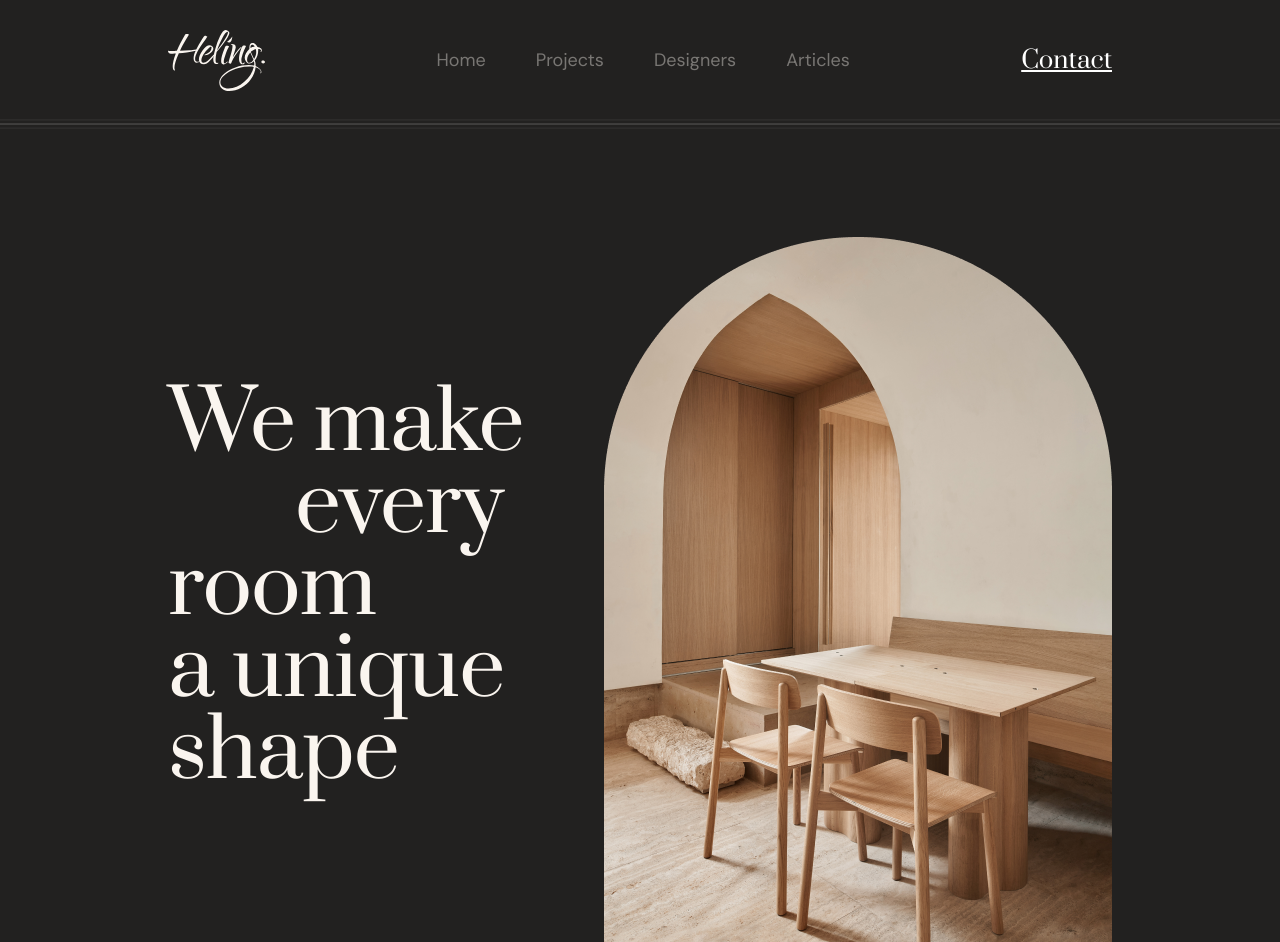
Repository: vandangnhathung/healingui_website
Page: /
The author's editor kept a copy of each file at every save. The page is drawn from the files as they stood at one save, then again after the next save.
The browser window is 1280 px wide. The pictures show the whole page.
The project was rebuilt for these pictures with package versions that can differ from the ones it lists, and the page was loaded fresh each time. Also part of the build but not shown: src/App.css.

Above is the page before, as saved 2022-03-16 13:14:24.

### src/App.js
import "./App.css";
import Container from "./components/Container/Container";
import Header from "./components/Header/Header";
function App() {
  return (
    <div>
      <Header></Header>
      <Container></Container>
    </div>
  );
}

export default App;

### src/components/Container/Container.js
import React from "react";
import styled from "styled-components";
import Image1 from "../../Images/Image1.png";
const Container = () => {
  const StyledContainer = styled.div`
    background-color: #222120;
    @import url("https://fonts.googleapis.com/css2?family=DM+Sans:wght@400;500;700&display=swap");
    font-family: "DM Sans", sans-serif;
    @import url("https://fonts.googleapis.com/css2?family=Prata&display=swap");
  `;
  const Container = styled.div`
    padding: 108px 168px 0;
    display: flex;
    align-items: center;
    justify-content: space-between;
    gap: 0 32px;
  `;
  const Slogan = styled.h2`
    letter-spacing: -1px;
    font-size: 82px;
    line-height: 1;
    font-family: "Prata", serif;
    color: #faf5ef;
    max-width: 362px;
  `;
  const Image1Div = styled.img`
    width: auto;
    height: auto;
  `;
  return (
    <StyledContainer>
      <Container>
        <div>
          <Slogan>
            We make <span className="opacity-0">We</span>every room{" "}
            <span className="opacity-0">We </span> a unique shape
          </Slogan>
        </div>
        <div>
          <Image1Div src={Image1} alt="" />
        </div>
      </Container>
    </StyledContainer>
  );
};

export default Container;

### src/components/Header/Header.js
import React from "react";
import styled from "styled-components";
import headerLine from "../../Images/header-line.png";
const Header = () => {
  const StyledHeader = styled.div`
    background-color: #222120;
    @import url("https://fonts.googleapis.com/css2?family=DM+Sans:wght@400;500;700&display=swap");
    font-family: "DM Sans", sans-serif;
    @import url("https://fonts.googleapis.com/css2?family=Prata&display=swap");
  `;
  const Header = styled.div`
    display: flex;
    justify-content: space-between;
    align-items: center;
    padding: 30px 168px 28px;
  `;
  const ListNav = styled.ul`
    color: #faf5ef;
    opacity: 0.4;
    font-weight: 400;
    font-size: 18px;
    line-height: 0.6;
    display: flex;
    align-items: center;
    list-style: none;
    gap: 0 50px;
  `;
  const ItemNav = styled.li`
    cursor: pointer;
  `;
  const ContactDiv = styled.h3`
    font-family: "Prata", serif;
  `;
  return (
    <StyledHeader>
      <Header>
        <div>
          <svg
            width="97"
            height="61"
            viewBox="0 0 97 61"
            fill="none"
            xmlns="http://www.w3.org/2000/svg"
          >
            <path
              d="M0.241098 20.6943L1.38631 20.9951C5.56534 20.9951 8.05669 20.9349 8.86035 20.8146C11.1106 15.6009 13.8832 10.1667 17.1782 4.51183C17.4595 4.23109 18.1426 4.09073 19.2276 4.09073C20.3125 4.09073 20.855 4.35141 20.855 4.87278L17.9618 9.50493C15.5508 13.5957 13.5618 17.3254 11.9946 20.6943L21.9399 20.213C23.4267 20.1328 25.5162 19.8922 28.2085 19.4911C29.856 16.2827 31.6039 13.2147 33.4523 10.287C35.3008 7.3192 36.4661 5.8353 36.9483 5.8353C37.4305 5.8353 37.9327 5.95562 38.4551 6.19625C39.0177 6.39678 39.299 6.61736 39.299 6.85799C38.8569 7.45956 38.3547 8.14135 37.7921 8.90335C37.2697 9.66535 36.7272 10.4274 36.1647 11.1893C30.1372 19.2104 27.1235 25.1861 27.1235 29.1164C27.1235 30.9211 27.8468 31.8235 29.2934 31.8235L31.3427 31.5227C31.4633 31.5227 31.5236 31.5628 31.5236 31.643C31.5236 31.8435 31.1619 32.0641 30.4386 32.3047C29.7153 32.5855 29.1528 32.7258 28.7509 32.7258C27.8267 32.7258 27.0632 32.3248 26.4605 31.5227C25.8979 30.7206 25.6167 29.7179 25.6167 28.5148C25.6167 26.2288 26.2998 23.6621 27.666 20.8146C21.1563 22.3787 15.5508 23.1607 10.8494 23.1607C7.91605 29.6177 6.44937 34.4303 6.44937 37.5986C6.44937 38.5611 6.56992 39.263 6.81102 39.7041C7.05211 40.1453 7.17266 40.406 7.17266 40.4862C7.17266 40.5664 7.07221 40.6065 6.87129 40.6065C5.4247 40.6065 4.70141 39.1026 4.70141 36.0947C4.70141 33.0868 5.74617 28.8757 7.83568 23.4615C5.50507 23.622 3.87766 23.7022 2.95345 23.7022C0.984483 23.7022 0 22.7597 0 20.8748C0 20.7544 0.0803659 20.6943 0.241098 20.6943Z"
              fill="#FAF5EF"
            />
            <path
              d="M46.2833 24.1834C46.5244 24.1834 46.6449 24.2837 46.6449 24.4842C46.6449 24.6446 46.6047 24.8051 46.5244 24.9655C42.3052 31.1016 38.8092 34.1696 36.0366 34.1696C32.6211 34.1696 30.9133 32.5855 30.9133 29.4172C30.9133 26.9707 32.1188 24.003 34.5297 20.5138C36.9809 17.0247 39.3517 15.2801 41.6421 15.2801C42.6065 15.2801 43.4504 15.6009 44.1737 16.2426C44.9371 16.8442 45.3189 17.5861 45.3189 18.4684C45.3189 19.9924 44.3746 21.4964 42.486 22.9803C40.5974 24.4642 38.7691 25.2061 37.001 25.2061C36.6394 25.2061 36.4585 25.1259 36.4585 24.9655L36.6394 24.6647C41.2604 23.2209 43.5709 20.8547 43.5709 17.5661C43.5709 17.0848 43.4102 16.8442 43.0887 16.8442C42.6065 16.8442 41.8029 17.3054 40.6777 18.2278C38.7088 19.832 37.001 21.8373 35.5544 24.2436C34.1078 26.6499 33.3845 28.6752 33.3845 30.3195C33.3845 31.9638 34.0074 32.786 35.253 32.786C36.6594 32.786 38.2467 32.044 40.0147 30.5602C41.1398 29.5174 42.4458 28.1939 43.9326 26.5897C45.4595 24.9855 46.2431 24.1834 46.2833 24.1834Z"
              fill="#FAF5EF"
            />
            <path
              d="M49.0196 33.0868L49.984 32.786C50.1849 32.786 50.2854 32.8863 50.2854 33.0868C50.2854 33.7285 49.5822 34.0493 48.1758 34.0493C46.247 34.0493 45.2826 32.4451 45.2826 29.2367C45.2826 27.1111 45.9255 23.7423 47.2114 19.1302C48.4973 14.478 50.1247 10.1266 52.0936 6.07593C54.0626 2.02531 55.8307 0 57.3978 0C58.2818 0 59.1658 0.300787 60.0499 0.902364C60.9339 1.46384 61.3759 2.08547 61.3759 2.76726C61.3759 5.65483 57.1165 12.0717 48.5977 22.0177C47.9146 24.9855 47.573 27.5723 47.573 29.7781C47.573 31.9839 48.0552 33.0868 49.0196 33.0868ZM59.9293 2.58678C59.9293 2.10552 59.7887 1.86489 59.5074 1.86489C58.3019 1.86489 56.5539 4.01052 54.2635 8.30177C51.9731 12.5529 50.2251 16.6035 49.0196 20.4536C56.2928 10.9487 59.9293 4.9931 59.9293 2.58678Z"
              fill="#FAF5EF"
            />
            <path
              d="M64.165 6.73767C64.2454 6.73767 64.2856 6.83793 64.2856 7.03846L63.9842 8.78304C63.3814 11.2696 62.4572 12.5128 61.2116 12.5128C60.2873 12.5128 59.5641 12.2722 59.0417 11.7909C60.5686 10.7482 62.2764 9.06377 64.165 6.73767ZM61.0307 16.6035C59.7851 18.7291 58.5997 21.4362 57.4745 24.7248C56.3494 27.9734 55.7869 30.2193 55.7869 31.4625C55.7869 32.7058 56.048 33.3274 56.5704 33.3274C56.9321 33.3274 57.3942 33.1068 57.9567 32.6657C58.5193 32.2245 58.8609 31.9438 58.9814 31.8235C59.102 31.7032 59.2426 31.5828 59.4033 31.4625C59.5641 31.4625 59.6444 31.5427 59.6444 31.7032C59.6444 32.1844 59.0618 32.7459 57.8965 33.3876C56.7713 34.0694 55.9476 34.4103 55.4252 34.4103C53.8983 34.4103 53.1348 33.3074 53.1348 31.1016C53.1348 27.8129 54.3403 23.4214 56.7512 17.927C56.7512 17.7666 56.8517 17.4658 57.0526 17.0247C57.2937 16.5835 57.4745 16.3028 57.5951 16.1824C57.8764 15.9017 58.2581 15.7613 58.7403 15.7613C60.1467 15.7613 60.9102 16.0421 61.0307 16.6035Z"
              fill="#FAF5EF"
            />
            <path
              d="M78.0084 16.3629C78.0084 16.2025 77.9079 16.3028 77.707 16.6637C76.5819 18.7091 75.5773 21.1755 74.6933 24.0631C73.8092 26.9507 73.3672 28.8356 73.3672 29.7179C73.3672 32.1644 73.8092 33.3876 74.6933 33.3876C74.9745 33.3876 75.3362 33.187 75.7782 32.786C76.2604 32.425 76.4613 32.2446 76.381 32.2446C76.5015 32.2446 76.5618 32.405 76.5618 32.7258C76.5618 33.7686 75.959 34.2899 74.7535 34.2899C73.548 34.2899 72.6238 33.7485 71.9809 32.6657C71.338 31.6229 71.0165 30.119 71.0165 28.1538C71.0165 26.1887 71.5389 23.6019 72.5837 20.3935C73.6284 17.145 74.633 15.5207 75.5974 15.5207H75.8988C77.3052 15.5207 78.0084 15.8014 78.0084 16.3629ZM73.307 16.9645C73.3471 17.0046 73.3672 17.0848 73.3672 17.2051C73.3672 17.2853 73.2065 17.526 72.885 17.927C68.5453 23.1808 65.5315 27.6726 63.8439 31.4024L63.3014 32.9665C63.0603 33.4076 62.7589 33.6282 62.3973 33.6282C62.0356 33.6282 61.6338 33.5279 61.1918 33.3274C60.7498 33.1269 60.5288 32.8863 60.5288 32.6055C60.5288 31.9237 61.1918 29.5174 62.5178 25.3866C63.8439 21.2156 64.5069 18.0874 64.5069 16.002C64.5069 15.4405 64.3662 15.0996 64.085 14.9793C63.8037 14.859 63.5224 14.8189 63.2411 14.859C62.9598 14.859 62.8192 14.7587 62.8192 14.5582C62.8192 14.1972 63.1206 14.0168 63.7233 14.0168C66.4156 14.0168 67.7617 15.1197 67.7617 17.3254C67.7617 18.1676 66.7973 21.4362 64.8685 27.1312C66.6366 24.3639 68.3444 21.9776 69.9919 19.9724C71.6394 17.9671 72.7444 16.9645 73.307 16.9645Z"
              fill="#FAF5EF"
            />
            <path
              d="M86.7293 30.3797C87.3321 31.5026 87.6334 33.0066 87.6334 34.8915C87.6334 35.2926 87.6134 35.6736 87.5732 36.0345C89.2207 36.7163 90.5869 37.5986 91.6718 38.6815C92.797 39.7643 93.3595 40.787 93.3595 41.7495C93.3595 42.7521 93.1184 43.2534 92.6362 43.2534C92.5157 43.2534 92.4152 43.1331 92.3349 42.8925C92.6563 42.4513 92.817 42.0302 92.817 41.6292C92.817 40.787 92.2746 39.9448 91.1896 39.1026C90.1047 38.2604 88.9193 37.6387 87.6334 37.2377C87.1512 41.3685 85.6042 45.2587 82.9923 48.9083C80.4206 52.598 77.1658 55.5256 73.2278 57.6913C69.2899 59.8971 65.2515 61 61.1127 61C58.2999 61 55.9692 60.2179 54.1208 58.6538C52.2322 57.0897 51.2879 54.9241 51.2879 52.1568C51.2879 49.4296 52.835 46.6824 55.9291 43.9152C59.0232 41.188 62.8606 39.0223 67.4415 37.4181C71.9822 35.8139 76.4425 35.0118 80.8224 35.0118C82.8718 35.0118 84.6197 35.1923 86.0663 35.5533C86.227 35.072 86.3074 34.6308 86.3074 34.2298C86.3074 32.8662 86.1467 31.9037 85.8252 31.3422C84.2581 32.786 82.8316 33.5079 81.5457 33.5079C80.2599 33.5079 79.1347 32.8863 78.1704 31.643C77.206 30.3997 76.7238 29.0763 76.7238 27.6726C76.7238 24.8652 78.2708 21.9576 81.3649 18.9497C81.3649 16.6637 81.606 15.1197 82.0882 14.3176C82.6106 13.5154 83.5549 13.1144 84.9211 13.1144C86.3275 13.1144 87.8545 14.4379 89.502 17.0848C92.3951 17.6062 93.8417 18.669 93.8417 20.2732C93.8417 20.6341 93.7212 21.0151 93.4801 21.4162C93.2792 21.7771 93.0581 21.9576 92.817 21.9576C92.5759 21.9576 92.4554 21.8774 92.4554 21.717C92.8572 21.4362 93.0581 21.1154 93.0581 20.7544C93.0581 19.5513 92.0938 18.9497 90.165 18.9497C90.2052 19.2705 90.2253 19.6916 90.2253 20.213C90.2253 24.0631 89.0599 27.452 86.7293 30.3797ZM86.6691 16.784C86.1065 15.4605 85.2627 14.7988 84.1375 14.7988C83.0124 14.7988 82.4498 15.8817 82.4498 18.0473V18.1075C83.7759 17.2252 85.0216 16.784 86.1869 16.784H86.6691ZM88.2362 22.0177C88.2362 20.8948 88.0554 19.8922 87.6937 19.0099C87.0106 19.2505 86.0261 19.7117 84.7403 20.3935C83.4946 21.0352 82.8718 21.4964 82.8718 21.7771C82.8718 22.098 83.9366 24.4842 86.0663 28.9359C87.5129 26.8504 88.2362 24.5444 88.2362 22.0177ZM79.0745 29.6578C79.0745 31.7433 79.8781 32.786 81.4854 32.786C82.8918 32.786 84.2179 31.8034 85.4636 29.8383L82.3293 22.3787C81.4854 23.2209 80.722 24.3639 80.0389 25.8077C79.3959 27.2515 79.0745 28.5348 79.0745 29.6578ZM81.8471 36.5759C78.0297 36.5759 74.2726 37.0572 70.5758 38.0197C66.8789 39.0224 63.7246 40.2656 61.1127 41.7495C58.5008 43.2735 56.3912 44.9379 54.7838 46.7426C53.1765 48.5473 52.3729 50.3721 52.3729 52.217C52.3729 54.1019 53.0962 55.6058 54.5428 56.7288C55.9492 57.8918 57.9382 58.4734 60.5099 58.4734C66.0552 58.4734 71.3192 56.2676 76.3018 51.856C81.2443 47.4845 84.4188 42.4914 85.8252 36.8767C84.8608 36.6762 83.5348 36.5759 81.8471 36.5759Z"
              fill="#FAF5EF"
            />
            <path
              d="M95.1315 30.5C95.6137 30.5 96.0356 30.6604 96.3973 30.9813C96.7991 31.262 97 31.5828 97 31.9438C97 32.3448 96.7991 32.6857 96.3973 32.9665C96.0356 33.2472 95.674 33.3876 95.3123 33.3876C94.0265 33.3876 93.3835 32.8462 93.3835 31.7633C93.3835 30.9211 93.9662 30.5 95.1315 30.5Z"
              fill="#FAF5EF"
            />
          </svg>
        </div>
        <ListNav>
          <ItemNav>Home</ItemNav>
          <ItemNav>Projects</ItemNav>
          <ItemNav>Designers</ItemNav>
          <ItemNav>Articles</ItemNav>
        </ListNav>
        <ContactDiv className="text-2xl leading-7 text-white underline">
          Contact
        </ContactDiv>
      </Header>
      <img src={headerLine} alt="" />
    </StyledHeader>
  );
};

export default Header;

Loaded but not shown: public/index.html (common file); src/index.js (common file); src/index.css (common file); src/reportWebVitals.js (common file); tailwind.config.js (common file)

After the next save:
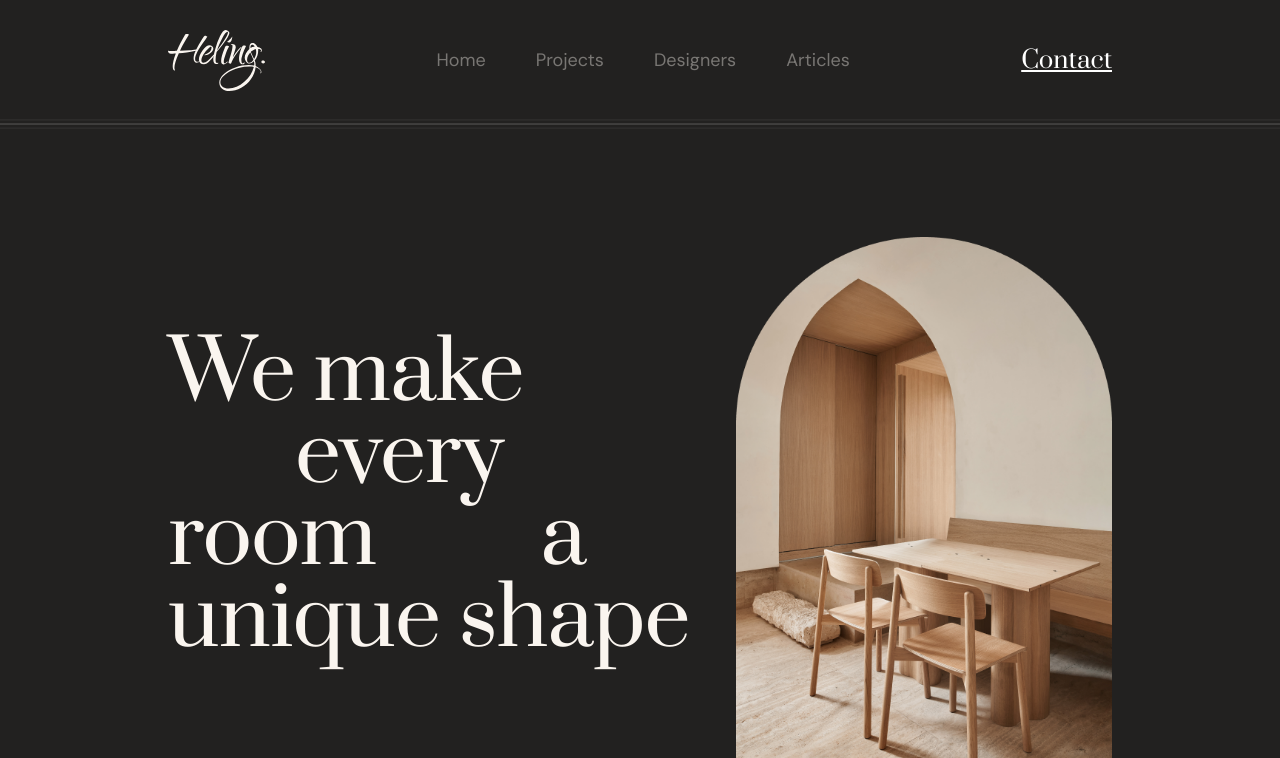
Saved 6 s later.
--- a/src/components/Container/Container.js
+++ b/src/components/Container/Container.js
@@ -21,7 +21,7 @@ const Container = () => {
     line-height: 1;
     font-family: "Prata", serif;
     color: #faf5ef;
-    max-width: 362px;
+    max-width: 724px;
   `;
   const Image1Div = styled.img`
     width: auto;
